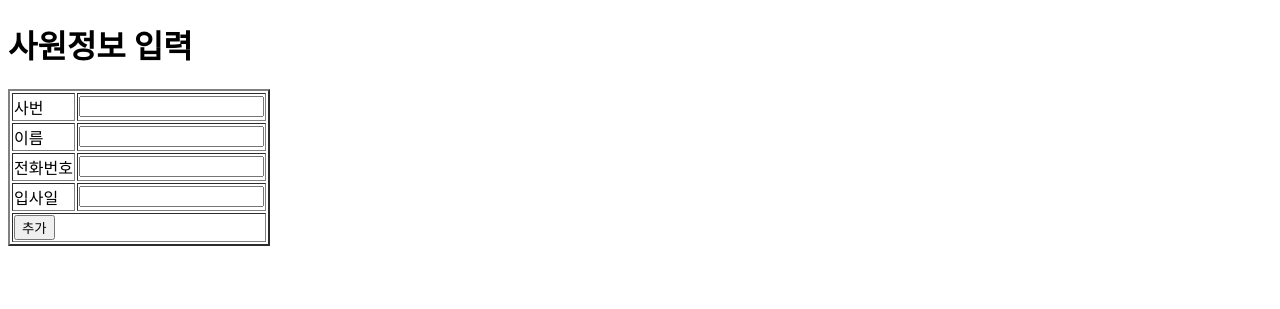
Repository: codingidot/test111
Page: http://localhost/Servlet4/sawonInsertForm.jsp
An editor plug-in stored every save of this project. The page is shown before and after the next save, followed by the edit.
The browser window is 1280 px wide. The pictures show the whole page.
The page is served by Tomcat 9. Other server files are loaded and not shown.

Above is the page before, as saved 2022-05-31 06:48:09.

### Servlet4/src/main/webapp/sawonInsertForm.jsp
<%@ page language="java" contentType="text/html; charset=UTF-8"
    pageEncoding="UTF-8"%>
<!DOCTYPE html>
<html>
<head>
<meta charset="UTF-8">
<title>Insert title here</title>
</head>
<body>
	<h1>사원정보 입력</h1>
<form action="telInsert.do" method="post">
	<table border=2>
	<tr><td>사번</td><td><input type=text name="id"></td></tr>
	<tr><td>이름</td><td><input type=text name="name"></td></tr>
	<tr><td>전화번호</td><td><input type=text name="tel"></td></tr>
	<tr><td>입사일</td><td><input type=text name="sDate"></td></tr>
	<tr><td colspan="2"><input type="submit" value="추가"></td></tr>
	</table>
</form>

</body>
</html>

After the next save:
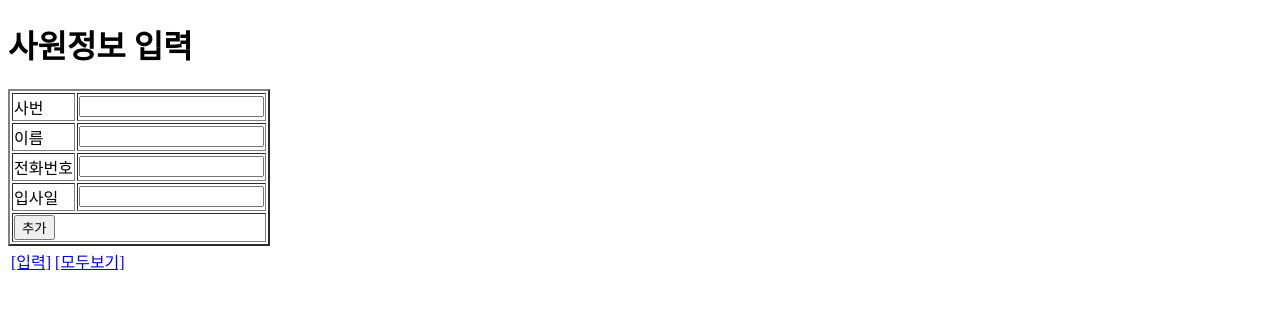
Saved 2 min 5 s later.
--- a/Servlet4/src/main/webapp/sawonInsertForm.jsp
+++ b/Servlet4/src/main/webapp/sawonInsertForm.jsp
@@ -17,6 +17,11 @@
 	<tr><td colspan="2"><input type="submit" value="추가"></td></tr>
 	</table>
 </form>
-
+ <table border=0>
+ 	<tr>
+ 		<td><a href="sawonInsertForm.jsp">[입력]</a></td>
+ 		<td><a href="getAllInfo.jsp">[모두보기]</a></td>
+    </tr>
+ </table>
 </body>
 </html>
